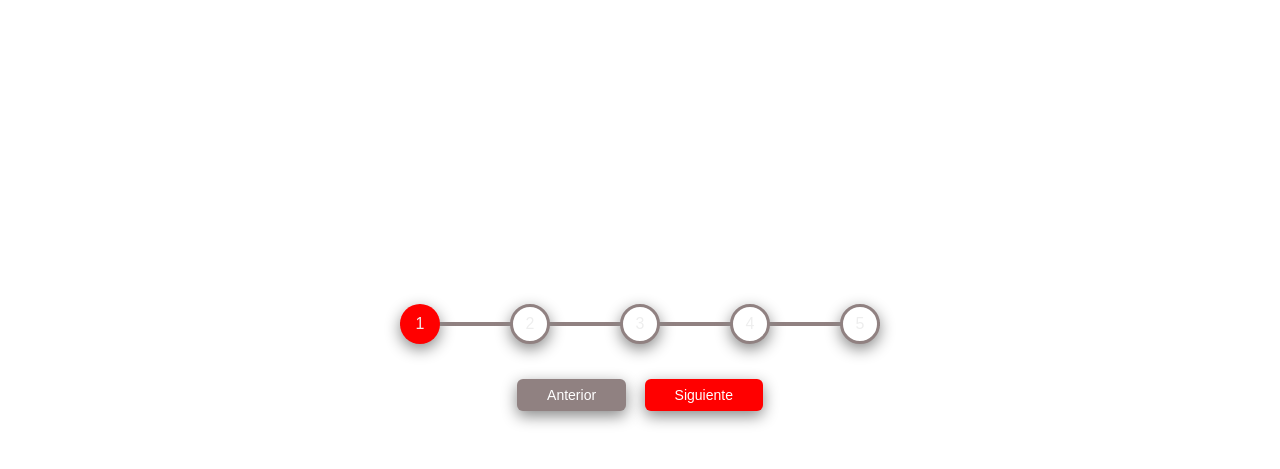
Repository: ElideZavala/Linea-de-tiempo
Page: index.html
The author's editor kept a copy of each file at every save. The page is drawn from the files as they stood at one save, then again after the next save.
The browser window is 1280 px wide. The pictures show the whole page.
Some web fonts or font styles are not loaded; a fallback is used.

Above is the page before, as saved 2021-05-28 10:07:25.

After the next save:
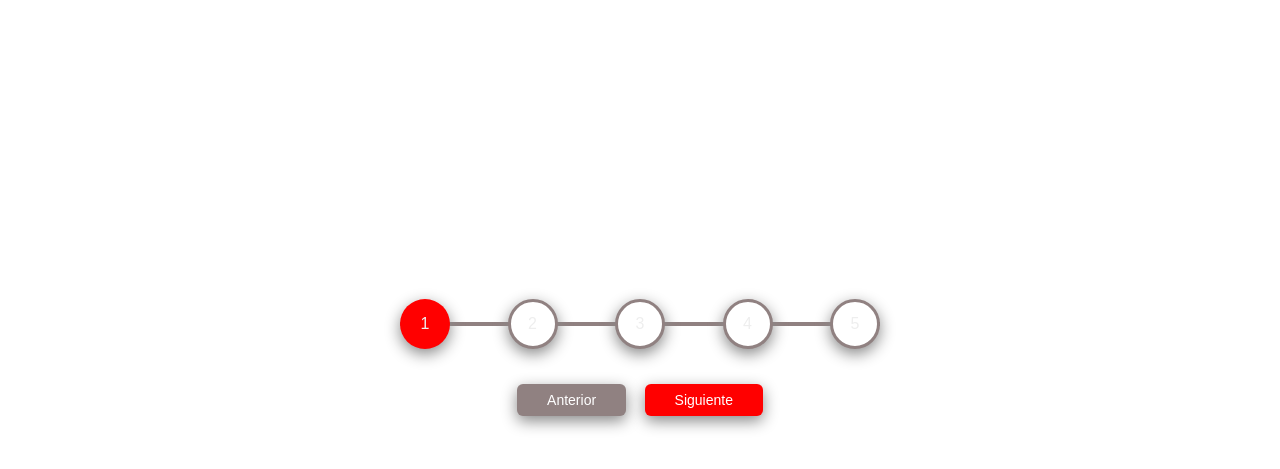
Saved 20 s later.
--- a/style.css
+++ b/style.css
@@ -64,8 +64,8 @@ body {
 	background-color: #fff;
 	color: #eee;
 	border-radius: 50%;
-	height: 40px;
-	width: 40px;
+	height: 50px;
+	width: 50px;
 	display: flex;
 	align-items: center;
 	justify-content: center;
